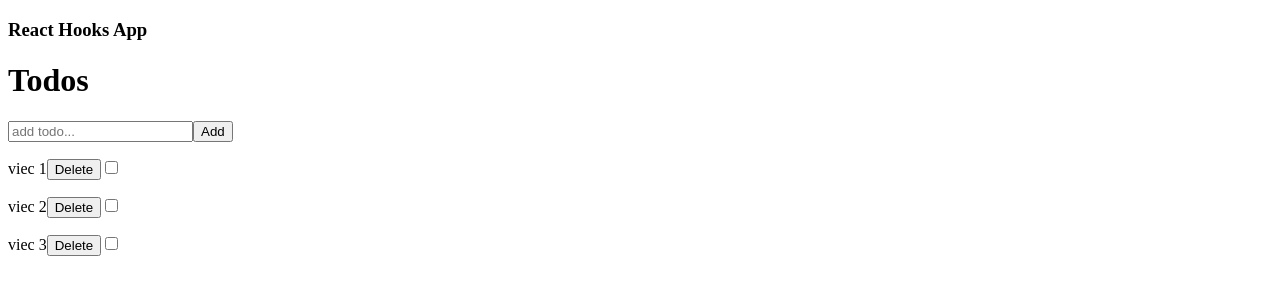
Repository: huynhnt1406/react-redux-tutorial
Page: / (app in react-hooks/)
These files come from the project's save history. The page is drawn as it stood at one moment and after the next save; the edit follows.
The browser window is 1280 px wide. The pictures show the whole page.
The project was rebuilt for these pictures with package versions that can differ from the ones it lists, and the page was loaded fresh each time.

Above is the page before, as saved 2021-06-18 19:49:25.

### react-hooks/src/App.js
import Todos from "./components/Todos";


function App() {
  return (
    <div className="App">
      <h3>React Hooks App</h3>
      <Todos/>
    </div>
  );
}

export default App;

### react-hooks/src/components/Todos.jsx
import React ,{useState}from 'react'
import TodoForm from './TodoForm'
import TodoItem from './TodoItem'

function Todos() {

    const [todos, setTodos] = useState([
        {
            id:1,
            title:'viec 1',
            completed:false
        },
        {
            id:2,
            title:'viec 2',
            completed:false
        },
        {
            id:3,
            title:'viec 3',
            completed:false
        },
    ])

    const addTodo = (todo) => {
        setTodos([...todos,todo])
    }

    const archiveTodo = (id) => {
        setTodos(todos.filter(todo => todo.id !== id))
    }
    const markCompleted = (id) => {
        setTodos(todos.filter(todo => {
            if(todo.id === id) todo.completed = !todo.completed
            return todo
        }))
    }
    return (
        <div>
            <h1>Todos</h1>
            <TodoForm addTodo={addTodo}/>
            {
                todos.map(todo => (
                    <TodoItem key={todo.id} id={todo.id} title={todo.title} archiveTodo={archiveTodo} markCompleted={markCompleted}/>
                ))
            }
        </div>
    )
}

export default Todos

### react-hooks/src/components/TodoForm.jsx
import React, { useState } from 'react'
import {v4 as uuidv4} from 'uuid'
function TodoForm({addTodo}) {

    const [title,setTitle] = useState('')

    const handleChange = (e) => {
        setTitle(e.target.value)
    }
    const handleSubmit = (e) => {
        e.preventDefault()
        if(title !== ''){
            addTodo({
                id:uuidv4(),
                title
            })
            setTitle('')
        }
    }
    return (
        <form onSubmit={handleSubmit}>
            <input type="text" value={title} placeholder="add todo..." onChange={handleChange}/>
            <button type="submit">Add</button>
        </form>
    )
}

export default TodoForm

### react-hooks/src/components/TodoItem.jsx
import React from 'react'

function TodoItem({id,title, archiveTodo,markCompleted}) {
    return (
        <div>
            <p >{title}<button onClick={() => archiveTodo(id)}>Delete</button><input type="checkbox" onChange={markCompleted.bind(this, id)}/></p>
        </div>
    )
}

export default TodoItem

### react-hooks/src/components/TodoItem.css
.completed {
    margin:5px;
    padding:5px;
    background-color: green;
}
p{
    margin:5px;
    padding:5px;
    background-color: #f5f5f3;
}

Loaded but not shown: react-hooks/public/index.html (common file); react-hooks/src/index.js (common file); react-hooks/src/reportWebVitals.js (common file)

After the next save:
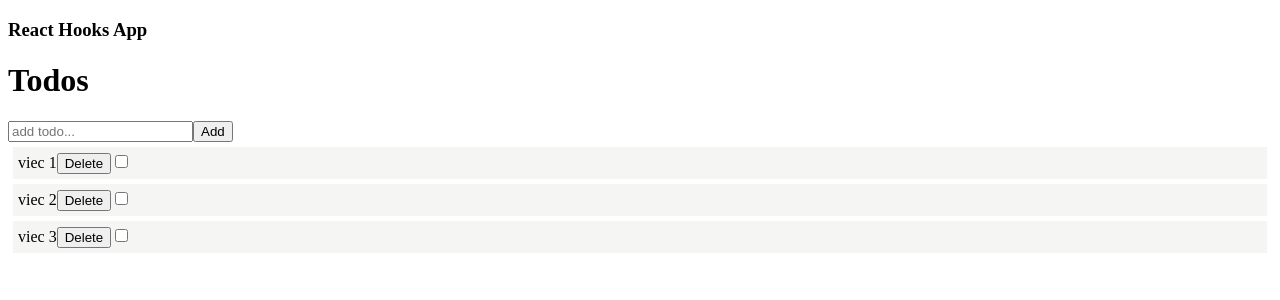
Saved 18 s later.
--- a/react-hooks/src/components/TodoItem.jsx
+++ b/react-hooks/src/components/TodoItem.jsx
@@ -1,5 +1,5 @@
 import React from 'react'
-
+import'./TodoItem.css'
 function TodoItem({id,title, archiveTodo,markCompleted}) {
     return (
         <div>
